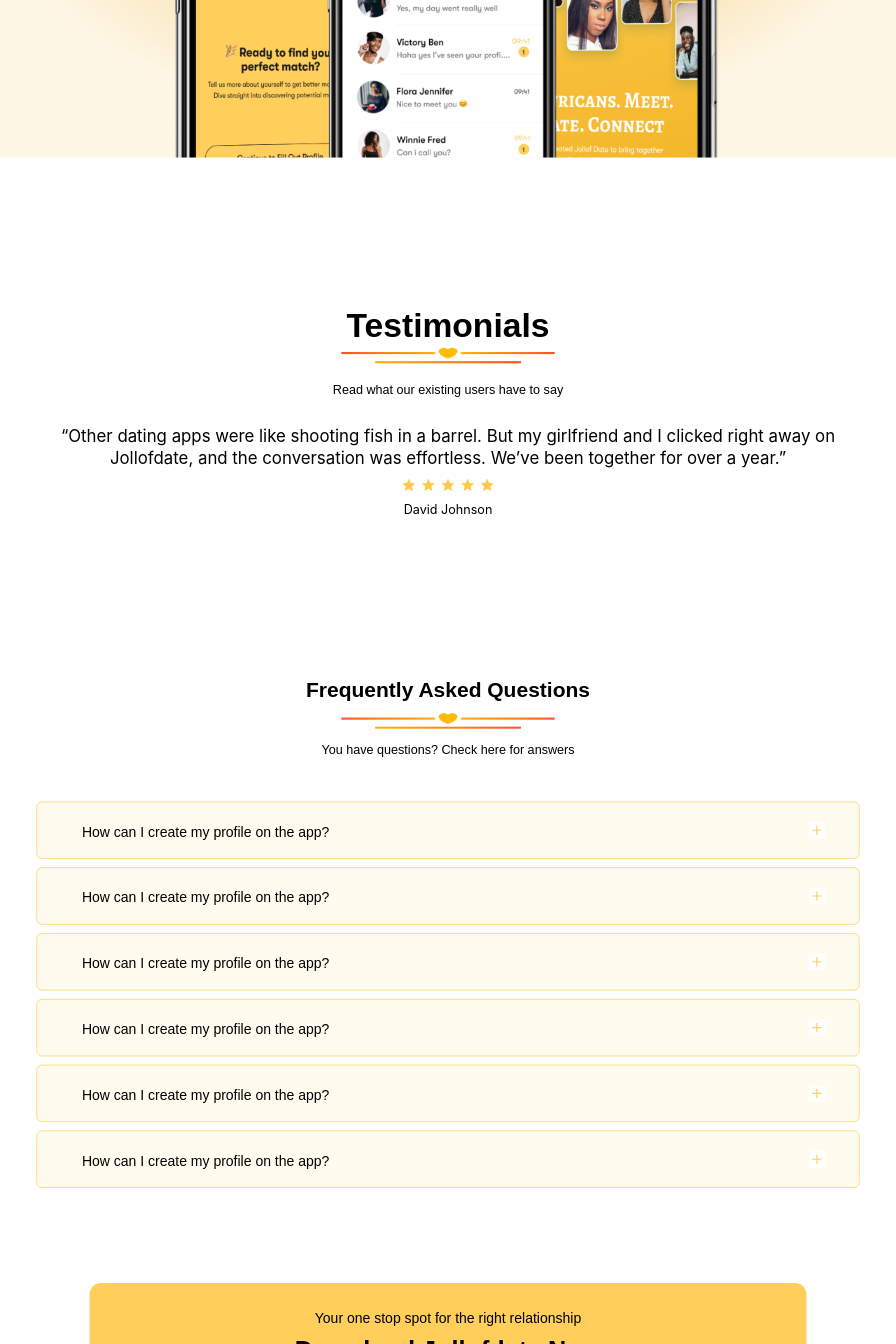
Repository: FarhanNasiru/jollofdate-frontend
Page: /
These files come from the project's save history. The page is drawn as it stood at one moment and after the next save; the edit follows.
The browser window is 1280 px wide. The pictures show the part of the page from y = 4580 to 6500 px (the page is 7448 px tall before and 7416 px after), at 70% of full size.
Some web fonts or font styles are not loaded; a fallback is used. The project was rebuilt for these pictures with package versions that can differ from the ones it lists, and the page was loaded fresh each time. Also part of the build but not shown: vite.config.js, src/Pages/Footer2.jsx, src/components/Header2.jsx, src/Pages/privacy.jsx, src/Pages/Term.jsx.

Above is the page before, as saved 2024-08-20 16:25:18.

### index.html
<!doctype html>
<html lang="en">
  <head>
    <meta charset="UTF-8" />
    <link rel="icon" type="image/svg+xml" href="/vite.svg" />
    <meta name="viewport" content="width=device-width, initial-scale=1.0" />
    <title>Jellof Date</title>
  </head>
  <body>
    <div id="root"></div>
    <script type="module" src="/src/main.jsx"></script>
  </body>
</html>

### src/App.jsx
import { BrowserRouter as Router, Route, Routes } from "react-router-dom";
import Home from "./Pages/Home";
import Privacy from "./Pages/privacy";
import Terms from "./Pages/Term";
import "./index.css";
const App = () => {
  return (
    <Router>
      <main>
        <Routes>
          <Route path="/" element={<Home />} />
          <Route path="/privacy" element={<Privacy />} />
          <Route path="/terms" element={<Terms />} />
        </Routes>
      </main>
    </Router>
  );
};

export default App;

### src/index.css
@import url('https://fonts.cdnfonts.com/css/hvdtrial-brandon-grotesque');
@import url('https://fonts.googleapis.com/css2?family=Almendra:ital,wght@0,400;0,700;1,400;1,700&display=swap');
@import "slick-carousel/slick/slick.css";
@import "slick-carousel/slick/slick-theme.css";

@tailwind base;
@tailwind components;
@tailwind utilities;

### src/Pages/Home.jsx
import Faq from "../components/Faq";
import Testimonials from "../components/Testimonials";
import Community from "../components/Community";
import How from "../components/Howitworks";
import Features from "../components/Features";
import About from "../components/Aboutus";
import Download from "../components/Download";
import Footer from "../components/Footer";
import Header from "../components/Header";

function Home() {
  return (
    <main className=" bg-white justify-center font-HvDTrial">
      <Header />
      <section
        id="home"
        className="pl-8 pr-8 justify-center bg-center bg-no-repeat items-center w-full lg:pt-72 lg:pb-9 bg-[url('/Images/Home-bg.png')] h-auto"
      >
        <h1 className="  text-wrap text-white text-7xl md:text-7xl  font-medium md:font-semibold text-center pt-32 pb-6 h-auto">
          Africans. Meet. Date. Connect.{" "}
        </h1>
        <p className=" text-2xl px-6 text-center text-white font-normal md:text-3xl">
          Begin your journey to a lifetime of happiness, success, progress, and
          bliss.
          <br /> Your happiness starts here. Let’s go!
        </p>
        <div className=" flex justify-center pt-12 flex-wrap pb-16">
          <a
            href="#"
            className="bg-transparent text-black px-1 py-1 rounded flex items-center"
          >
            <img
              src="/Images/Googleplay-whitesvg.svg"
              alt="Google Play"
              className="w-full h-full img-center"
            />
          </a>
          <a
            href="#"
            className="bg-transparent text-black px-4 py-2 rounded flex items-center"
          >
            <img
              src="/Images/Applestore-white.png"
              alt="App Store"
              className="w-full h-full mr-2"
            />
          </a>
        </div>
        <div className=" justify-center ">
          <a href="#footer">
            <img
              src="/Images/Home-arrow.png"
              alt=""
              className=" sm:hidden md:flex lg:flex xl:flex justify-center m-auto md:pb-32"
            />
          </a>
        </div>
      </section>
      <About />
      <Features />
      <How />
      <Community />
      <Testimonials />
      <Faq />
      <Download />
      <Footer />
    </main>
  );
}

export default Home;

### src/components/Faq.jsx
import { useState } from "react";

function Faq() {
  const [openIndexes, setOpenIndexes] = useState([]);

  const toggleDropdown = (index) => {
    if (openIndexes.includes(index)) {
      setOpenIndexes(openIndexes.filter((i) => i !== index));
    } else {
      setOpenIndexes([...openIndexes, index]);
    }
  };

  const faqItems = [
    "How can I create my profile on the app?",
    "How can I create my profile on the app?",
    "How can I create my profile on the app?",
    "How can I create my profile on the app?",
    "How can I create my profile on the app?",
    "How can I create my profile on the app?",
  ];

  return (
    <section id="frequently-asked-questions" className="pb-14 sm:px-9">
      <div className="sm:pb-20 md:pb-12">
        <h2 className="text-2xl md:text-3xl font-bold text-center pt-24">
          Frequently Asked Questions
        </h2>
        <div className="flex justify-center py-4">
          <img src="/Images/love-logo.png" alt="" className=" md:w-auto" />
        </div>
        <h3 className="text-center text-lg">
          You have questions? Check here for answers
        </h3>
      </div>
      <div className="text-left sm:text-wrap px-4">
        {faqItems.map((item, index) => (
          <div key={index} className=" mx-auto mt-3">
            <div
              className={`flex pt-7 pl-16 pr-12 pb-6 justify-between cursor-pointer ${
                openIndexes.includes(index)
                  ? "bg-customYellow1 font-bold text-black text-xl rounded-t-md"
                  : "bg-bright text-black text-lg border-solid border rounded-lg border-customYellow1"
              }`}
              onClick={() => toggleDropdown(index)}
            >
              <p className="text-xl font-medium">{item}</p>
              {openIndexes.includes(index) ? (
                <div className="h-6 w-6">
                  <img src="/Images/add.svg" alt="" />
                </div>
              ) : (
                <div className="h-6 w-6">
                  <img src="/Images/add2.svg" alt="" className="bg-white" />
                </div>
              )}
            </div>
            {openIndexes.includes(index) && (
              <div className="p-4 bg-customYellow1 rounded-b-md shadow pt-7 pl-16 pr-12 pb-8">
                <p className=" xl:w-custom3text-xl md:text-wrap sm:text-balance">
                  Begin your journey to a lifetime of happiness, success,
                  progress and bliss. Begin your journey to a lifetime of
                  happiness, success, progress and bliss. Begin your journey to
                  a lifetime of happiness, success, progress and bliss. Begin
                  your journey to a lifetime of happiness, success, progress and
                  bliss. Begin your journey to a lifetime of happiness, success,
                  progress and bliss. Begin your journey to a lifetime of
                  happiness, success, progress and bliss. Begin your journey to
                  a lifetime of happiness, success, progress and bliss.
                </p>
              </div>
            )}
          </div>
        ))}
      </div>
    </section>
  );
}

export default Faq;

### src/components/Testimonials.jsx
import { Carousel } from "antd";

function Testimonials() {
  const contentStyle = {
    height: "auto",
    color: "#fff",
    lineHeight: "40px",
    textAlign: "center",
    background: "transparent",
  };

  const testimonials = [
    {
      quote:
        "“Other dating apps were like shooting fish in a barrel. But my girlfriend and I clicked right away on Jollofdate, and the conversation was effortless. We’ve been together for over a year.”",
      name: "Caitlyn King",
    },
    {
      quote:
        "“Other dating apps were like shooting fish in a barrel. But my girlfriend and I clicked right away on Jollofdate, and the conversation was effortless. We’ve been together for over a year.”",
      name: "Crystabel lyn",
    },
    {
      quote:
        "“Other dating apps were like shooting fish in a barrel. But my girlfriend and I clicked right away on Jollofdate, and the conversation was effortless. We’ve been together for over a year.”",
      name: "David Johnson",
    },
    {
      quote:
        "“Other dating apps were like shooting fish in a barrel. But my girlfriend and I clicked right away on Jollofdate, and the conversation was effortless. We’ve been together for over a year.”",
      name: "King Micheal",
    },
  ];

  return (
    <section id="testimonials" className="p-8 pt-24">
      <div>
        <h2 className="text-5xl font-bold text-center p-2">Testimonials</h2>
        <div className="flex justify-center pb-5 md:pb-6">
          <img src="/Images/love-logo.png" alt="Love Logo" />
        </div>
        <h3 className="text-center text-lg">
          Read what our existing users have to say
        </h3>
      </div>
      <div className="text-center pt-9 pb-16 text-black">
        <Carousel autoplay>
          {testimonials.map((testimonial, index) => (
            <div key={index}>
              <div style={contentStyle}>
                <h1 className="text-black text-center m-auto font-normal text-2xl text-wrap">
                  {testimonial.quote}
                </h1>
                <div className="flex justify-center py-3">
                  {[...Array(5)].map((_, i) => (
                    <img
                      key={i}
                      src="/Images/Star.svg"
                      alt="Star"
                      className="mx-1"
                    />
                  ))}
                </div>
                <p className="text-center text-black text-lg pb-8">
                  {testimonial.name}
                </p>
              </div>
            </div>
          ))}
        </Carousel>
      </div>
    </section>
  );
}

export default Testimonials;

### src/components/Community.jsx
function Community() {
  return (
    <div>
      <section
        id="Community"
        className="bg-custom-radial flex flex-col items-center justify-center mb-28 px-6 pt-8"
      >
        <div className="space-y-8 text-center text-black">
          <div>
            <h1 className="text-3xl sm:text-4xl md:text-5xl font-bold">
              Join the
            </h1>
            <h2 className="text-3xl sm:text-4xl md:text-5xl font-bold">
              Jollof Date Community
            </h2>
          </div>
          <div className="w-full sm:w-4/5 md:w-3/5 lg:w-custom9 mx-auto">
            <h3 className="text-sm sm:text-base font-normal">
              Download the app from your store and begin your journey to a
              lifetime of happiness, success, progress, and bliss.
            </h3>
          </div>
          <div className="flex flex-col md:flex-row justify-center items-center m-auto gap-3">
            <a href="" className="w-32 md:w-40">
              <img
                src="/Images/Applestore-dark.png"
                alt="Download on the App Store"
                className="m-auto"
              />
            </a>
            <a href="" className="w-32 md:w-40">
              <img
                src="/Images/Googleplay-Dark.png"
                alt="Get it on Google Play"
                className="m-auto"
              />
            </a>
          </div>
        </div>
        <div className="flex justify-center mt-8">
          <img
            src="/Images/threephones.png"
            alt="Three phones showing the app"
            className="w-full sm:w-4/5 md:w-3/5 lg:w-auto"
          />
        </div>
      </section>
    </div>
  );
}

export default Community;

### src/components/Howitworks.jsx
function Howitworks() {
  return (
    <div>
      <section id="how-it-works" className="pt-16 md:pt-72 pb-10">
        <h2 className="text-2xl md:text-3xl font-bold text-center mt-24 md:mt-44 p-2">
          How it works
        </h2>
        <div className="flex justify-center pb-4 md:pb-2">
          <img src="/Images/love-logo.png" alt="" className=" md:w-auto" />
        </div>
        <h3 className="text-center text-sm md:text-base pb-4 md:pb-6">
          A step-by-step guide on how to get started on Jollof Date
        </h3>
        <div className="flex flex-col xl:flex-row p-4 md:p-8 space-y-8 md:space-y-0">
          <div id="picture" className="flex justify-center   space-x-3 ">
            <img
              src="/Images/f-and-j-frame.png"
              alt=""
              className="w-full md:w-auto"
            />
          </div>
          <div className="icon space-y-8 md:space-y-11 md:ml-11">
            <div className="flex gap-4 md:gap-6">
              <img
                src="/Images/sign up.png"
                alt=""
                className="w-12 h-12 md:w-16 md:h-16"
              />
              <div>
                <h1 className="font-bold text-xl md:text-2xl">Sign Up</h1>
                <h2 className="font-normal text-sm md:text-xl">
                  Begin your journey to a lifetime of happiness, success,
                  progress, and bliss.
                </h2>
              </div>
            </div>
            <div className="flex gap-4 md:gap-6">
              <img
                src="/Images/create.png"
                alt=""
                className="w-12 h-12 md:w-16 md:h-16"
              />
              <div>
                <h1 className="font-bold text-xl md:text-2xl">
                  Create Profile and Add Preferences
                </h1>
                <h2 className="font-normal text-sm md:text-xl">
                  Share your interests, hobbies, and a bit about yourself to
                  help us find your perfect match.
                </h2>
              </div>
            </div>
            <div className="flex gap-4 md:gap-6">
              <img
                src="/Images/browse.png"
                alt=""
                className="w-12 h-12 md:w-16 md:h-16"
              />
              <div>
                <h1 className="font-bold text-xl md:text-2xl">
                  Browse and Match
                </h1>
                <h2 className="font-normal text-sm md:text-xl">
                  Use our advanced filters to find people who share your
                  interests and values. Start connecting today.
                </h2>
              </div>
            </div>
            <div className="flex gap-4 md:gap-6">
              <img
                src="/Images/chat.png"
                alt=""
                className="w-12 h-12 md:w-16 md:h-16"
              />
              <div>
                <h1 className="font-bold text-xl md:text-2xl">Chat and Call</h1>
                <h2 className="font-normal text-sm md:text-xl">
                  Get to know your matches better and build connections in a
                  safe and private environment.
                </h2>
              </div>
            </div>
          </div>
        </div>
      </section>
    </div>
  );
}

export default Howitworks;

### src/components/Features.jsx
function Features() {
  return (
    <div>
      <section
        id="features"
        className=" md:p-8 pt-16 md:pt-24 mb-20 md:mb-40 bg-featuresY h-full w-full md:h-custom16"
      >
        <div className="">
          <div className="flex flex-col md:flex-row justify-between m-auto px-4 md:px-8 space-y-4 md:space-y-0">
            <h3 className="text-3xl md:text-5xl font-bold w-full md:w-96 h-auto md:h-36 text-white">
              Key features of Jollof Date
            </h3>
            <h2 className="text-xl w-full md:w-custom4 font-normal text-white">
              Discover what sets Jollofdate apart with advanced matching
              algorithms, robust privacy controls, and user-friendly features
              designed to create meaningful connections and enhance your online
              dating experience.
            </h2>
          </div>
          <div className="flex flex-col md:flex-row h-full space-y-4 md:space-y-0 md:space-x-9 pl-0 md:pl-8 pr-0 md:pr-8 mt-8 w-full">
            <div className="bg-white text-center border rounded-3xl">
              <img
                src="/Images/phone1.png"
                alt=""
                className="w-full md:w-auto"
              />
            </div>
            <div className="bg-white text-center border rounded-3xl">
              <a href="">
                <img src="/Images/Phone2.png" alt="" className="w-full" />
              </a>
            </div>
            <div className="bg-white text-center border rounded-3xl">
              <a href="">
                <img src="/Images/Phone3.png" alt="" className="w-full" />
              </a>
            </div>
          </div>
        </div>
      </section>
    </div>
  );
}

export default Features;

### src/components/Aboutus.jsx
function Aboutus() {
  return (
    <div>
      <section id="about-us" className="pt-16 md:pt-24">
        <div className="px-4 md:px-24">
          <h2 className="text-3xl md:text-5xl font-bold text-center p-2">
            About Us
          </h2>
          <div className="flex justify-center pb-4">
            <img src="/Images/love-logo.png" alt="" className="md:14" />
          </div>
          <h3 className="text-center text-base md:text-lg pb-8 md:pb-12">
            Why Jollof Date? What makes us different?
          </h3>
          <div className="flex flex-col xl:flex-row gap-4 lg:gap-8 px-2 lg:px-8 pb-16 lg:pb-32 justify-center">
            <img
              src="/Images/Lovers.png"
              alt=""
              className="max-w-xl max-h-3px"
            />
            <div className="tracking-wide bg-white p-4 md:pt-28 font-normal text-base md:text-xl">
              <p>
                Dating, whether in the real world or online, can be cumbersome
                and time-consuming. Meeting someone of your origin, nationality,
                or ethnicity is a daunting task.
              </p>
              <br />
              <p>
                JollofDate was created to solve a simple problem – improving how
                Africans meet in the Diaspora. We make it easy for you to find
                singles and filter individual profiles based on your
                preferences. JollofDate makes finding your potential partner
                feasible using a well-defined algorithm that allows you to
                search matches based on your current location or in a different
                location. Hope you enjoy your JollofDate experience and find
                your favorite Jollof.
              </p>
            </div>
          </div>
        </div>
        <div className="flex flex-col md:flex-row justify-center items-center space-y-12 md:space-y-0 md:space-x-20 lg:space-x-48 px-16 pb-14 w-11/12">
          <div className="flex items-center">
            <img src="/Images/person.png" alt="Person Icon" className="mr-4" />
            <div className="text-center md:text-left">
              <h1 className="font-bold text-4xl">360</h1>
              <h2 className="text-xs">Global Downloads</h2>
            </div>
          </div>

          <div className="flex items-center">
            <img src="/Images/people.png" alt="People Icon" className="mr-4" />
            <div className="text-center md:text-left">
              <h1 className="font-bold text-4xl">350</h1>
              <h2 className="text-xs">Active Users</h2>
            </div>
          </div>

          <div className="flex items-center">
            <img src="/Images/world-o.png" alt="World Icon" className="mr-4" />
            <div className="text-center md:text-left">
              <h1 className="font-bold text-4xl">100</h1>
              <h2 className="text-xs">Countries</h2>
            </div>
          </div>

          <div className="flex items-center">
            <img src="/Images/Star2.png" alt="Star Icon" className="" />
            <div className="text-center md:text-left">
              <h1 className="font-bold text-4xl">100</h1>
              <h2 className="text-xs lg:text-xl">4 star + ratings</h2>
            </div>
          </div>
        </div>
      </section>
    </div>
  );
}

export default Aboutus;

### src/components/Download.jsx
function Download() {
  return (
    <section
      id="last"
      className=" mt-20 w-full justify-center bg-customYellow1 md:w-3/4 xl:w-4/5 md:h-full pb-9 m-auto pt-9 p-11 border-0 rounded-2xl -mb-[100px] relative "
    >
      <div className="">
        <div>
          <h1 className="text-center font-normal text-xl pb-3 pl-3 pr-3">
            Your one stop spot for the right relationship
          </h1>
        </div>
        <h3 className="text-center font-bold text-4xl pb-3 lg:">
          Download Jollofdate Now
        </h3>
        <h2 className=" flex text-center justify-center m-auto font-normal xl:w-80 pb-8">
          Begin your journey to a lifetime of happiness, success, progress and
          bliss.
        </h2>
        <div className="text-center md:flex flex-wrap justify-center gap-4 m-auto space-y-7 md:space-y-0 ">
          <img
            src="/Images/Applestore-dark.png"
            alt=""
            className="m-auto md:m-0"
          />
          <img
            src="/Images/Googleplay-Dark.png"
            alt=""
            className="m-auto md:m-0"
          />
        </div>
      </div>
    </section>
  );
}

export default Download;

Loaded but not shown: src/main.jsx (common file); tailwind.config.js (58 lines, source omitted); src/components/Header.jsx (148 lines, source omitted); src/components/Footer.jsx (106 lines, source omitted)

After the next save:
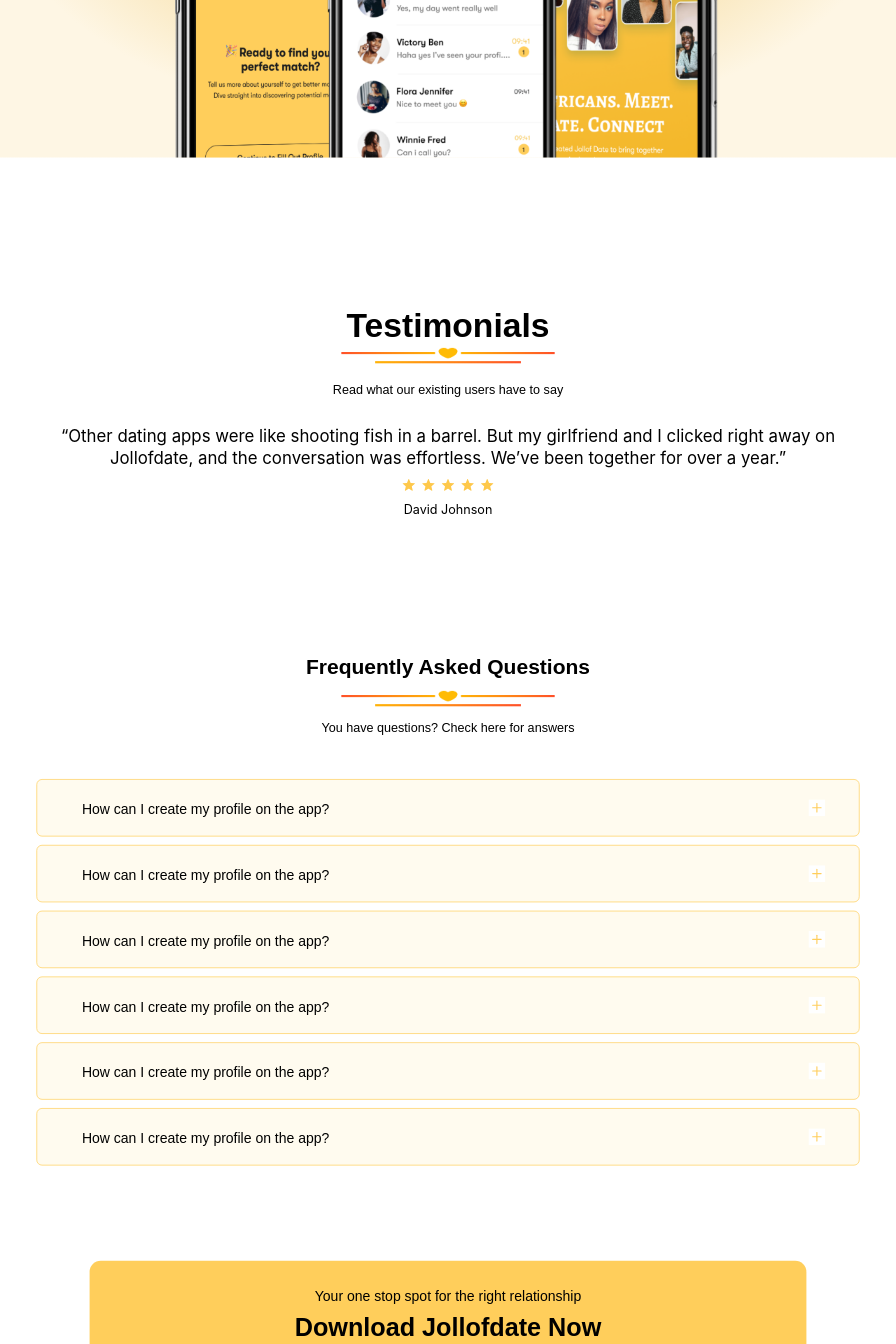
Saved 112 s later.
--- a/src/components/Faq.jsx
+++ b/src/components/Faq.jsx
@@ -23,7 +23,7 @@
   return (
     <section id="frequently-asked-questions" className="pb-14 sm:px-9">
       <div className="sm:pb-20 md:pb-12">
-        <h2 className="text-2xl md:text-3xl font-bold text-center pt-24">
+        <h2 className="text-2xl md:text-3xl font-bold text-center pt-16">
           Frequently Asked Questions
         </h2>
         <div className="flex justify-center py-4">
